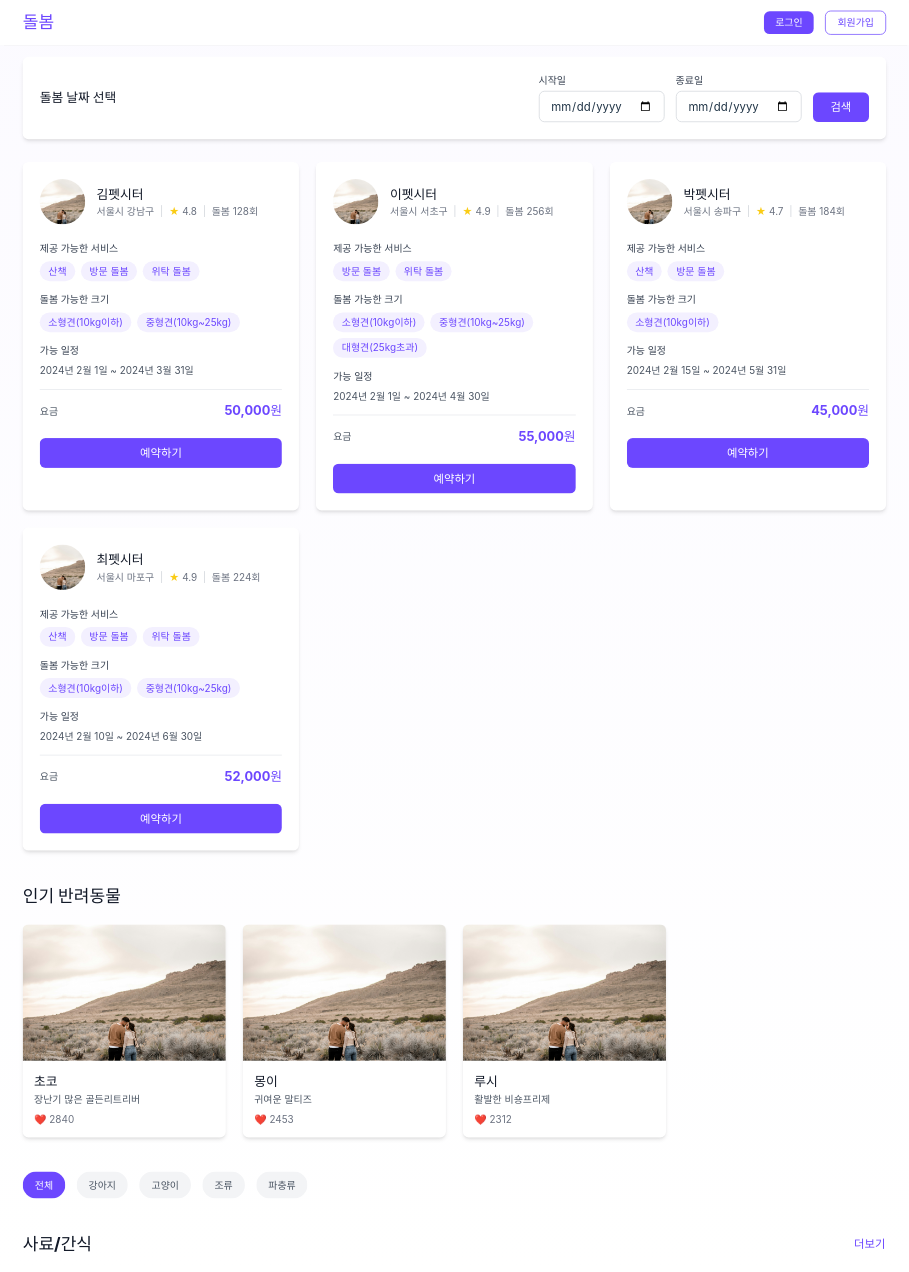
Repository: kksshh0612/pet-care-client
Page: /service
These files come from the project's save history. The page is drawn as it stood at one moment and after the next save; the edit follows.
The browser window is 1280 px wide. The pictures show the whole page, at 71% of full size.
The page's requests for data from a server got no answer. The project was rebuilt for these pictures with package versions that can differ from the ones it lists, and the page was loaded fresh each time. No one was signed in, and anything a server would have sent is missing. Also part of the build but not shown: vite.config.js, src/components/MainPage.vue, src/components/MemberLogin.vue, src/components/SignUp.vue, src/components/modals/ChangePasswordModal.vue, src/components/modals/EditProfileModal.vue, src/components/modals/WithdrawModal.vue, src/components/modals/PetSitterRegisterModal.vue and 5 more.

Above is the page before, as saved 2025-02-17 09:29:31.

### index.html
<!doctype html>
<html lang="en">
  <head>
    <meta charset="UTF-8" />
    <link rel="icon" type="image/svg+xml" href="/vite.svg" />
    <link rel="preconnect" href="https://fonts.googleapis.com">
    <link rel="preconnect" href="https://fonts.gstatic.com" crossorigin>
    <link href="https://fonts.googleapis.com/css2?family=Noto+Sans+KR:wght@100;300;400;500;700;900&display=swap" rel="stylesheet">
    <meta name="viewport" content="width=device-width, initial-scale=1.0" />
    <title>Pet Care App</title>
  </head>
  <body>
    <div id="app"></div>
    <script type="module" src="/src/main.js"></script>
  </body>
</html>

<!-- jQuery -->
<script type="text/javascript" src="https://code.jquery.com/jquery-1.12.4.min.js" ></script>
<!-- iamport.payment.js -->
<script type="text/javascript" src="https://cdn.iamport.kr/js/iamport.payment-1.1.8.js"></script>

### src/App.vue
<script>
import Header from './components/common/Header.vue'
import { mapState, mapActions } from 'vuex'

export default {
  name: 'App',
  components: {
    Header
  },
  computed: {
    ...mapState(['isLoggedIn']),
    isAuthPage() {
      return ['/login', '/signup'].includes(this.$route.path)
    }
  },
  methods: {
    ...mapActions(['checkLoginStatus']),
    handleLoginSuccess(userData) {
      this.$store.commit('setLoginStatus', true)
      this.$store.commit('setUserInfo', userData)
    }
  },
  async created() {
    await this.checkLoginStatus()
  }
}
</script>

<template>
  <div>
    <Header ref="header" v-if="!isAuthPage" />
    <router-view @login-success="handleLoginSuccess" />
  </div>
</template>

<style scoped>
.logo {
  height: 6em;
  padding: 1.5em;
  will-change: filter;
  transition: filter 300ms;
}
.logo:hover {
  filter: drop-shadow(0 0 2em #646cffaa);
}
.logo.vue:hover {
  filter: drop-shadow(0 0 2em #42b883aa);
}
</style>

### src/style.css
:root {
  font-family: Inter, system-ui, Avenir, Helvetica, Arial, sans-serif;
  line-height: 1.5;
  font-weight: 400;

  color-scheme: light dark;
  color: rgba(255, 255, 255, 0.87);
  background-color: #242424;

  font-synthesis: none;
  text-rendering: optimizeLegibility;
  -webkit-font-smoothing: antialiased;
  -moz-osx-font-smoothing: grayscale;
}

a {
  font-weight: 500;
  color: #646cff;
  text-decoration: inherit;
}
a:hover {
  color: #535bf2;
}

body {
  margin: 0;
  min-width: 320px;
  min-height: 100vh;
  background-color: #ffffff;
  color: #213547;
}

h1 {
  font-size: 3.2em;
  line-height: 1.1;
}

button {
  border-radius: 8px;
  border: 1px solid transparent;
  padding: 0.6em 1.2em;
  font-size: 1em;
  font-weight: 500;
  font-family: inherit;
  background-color: #1a1a1a;
  cursor: pointer;
  transition: border-color 0.25s;
}
button:hover {
  border-color: #646cff;
}
button:focus,
button:focus-visible {
  outline: 4px auto -webkit-focus-ring-color;
}

.card {
  padding: 2em;
}

#app {
  width: 100%;
  margin: 0 auto;
}

@media (prefers-color-scheme: light) {
  :root {
    color: #213547;
    background-color: #ffffff;
  }
  a:hover {
    color: #747bff;
  }
  button {
    background-color: #f9f9f9;
  }
}

@tailwind base;
@tailwind components;
@tailwind utilities;

@layer base {
  html {
    font-family: 'Noto Sans KR', sans-serif;
  }
}

### src/components/ServicePage.vue
<template>
  <div class="min-h-screen bg-gradient-to-b from-[#F3F0FF]/30 to-white pt-20">
    <div class="max-w-7xl mx-auto px-4 sm:px-6 lg:px-8">
      <!-- 날짜 필터 섹션 -->
      <div class="bg-white rounded-lg shadow-md p-6 mb-8">
        <div class="flex items-center justify-between">
          <h2 class="text-lg font-bold text-gray-900">돌봄 날짜 선택</h2>
          <div class="flex gap-4">
            <div class="relative">
              <label class="block text-sm text-gray-700 mb-1">시작일</label>
              <input
                type="date"
                v-model="startDate"
                class="px-4 py-2 border border-gray-300 rounded-lg focus:outline-none focus:ring-2 focus:ring-[#6C47FF]"
                :min="today"
              >
            </div>
            <div class="relative">
              <label class="block text-sm text-gray-700 mb-1">종료일</label>
              <input
                type="date"
                v-model="endDate"
                class="px-4 py-2 border border-gray-300 rounded-lg focus:outline-none focus:ring-2 focus:ring-[#6C47FF]"
                :min="startDate"
              >
            </div>
            <button
              @click="filterServices"
              class="self-end px-6 py-2 bg-[#6C47FF] text-white rounded-lg hover:bg-[#5835FF] transition-colors"
            >
              검색
            </button>
          </div>
        </div>
      </div>

      <!-- 펫시터 서비스 목록 -->
      <div class="grid grid-cols-1 md:grid-cols-2 lg:grid-cols-3 gap-6 mb-12">
        <div v-for="service in filteredServices" :key="service.id" class="bg-white rounded-lg shadow-md overflow-hidden">
          <div class="p-6 space-y-6">
            <!-- 펫시터 프로필 -->
            <div class="flex items-center gap-4">
              <img
                :src="service.profileImage"
                alt="펫시터 프로필"
                class="w-16 h-16 rounded-full object-cover"
              >
              <div>
                <h3 class="text-lg font-bold text-gray-900">{{ service.name }}</h3>
                <div class="flex items-center gap-2 text-sm text-gray-500">
                  <span>{{ service.location }}</span>
                  <span class="text-gray-300">|</span>
                  <div class="flex items-center">
                    <span class="text-yellow-400">★</span>
                    <span class="ml-1">{{ service.rating.toFixed(1) }}</span>
                  </div>
                  <span class="text-gray-300">|</span>
                  <span>돌봄 {{ service.totalCare }}회</span>
                </div>
              </div>
            </div>

            <!-- 서비스 정보 -->
            <div class="space-y-4">
              <!-- 제공 가능한 서비스 -->
              <div>
                <h4 class="text-sm font-medium text-gray-700 mb-2">제공 가능한 서비스</h4>
                <div class="flex flex-wrap gap-2">
                  <span
                    v-for="type in service.serviceTypes"
                    :key="type"
                    class="px-3 py-1 bg-[#F3F0FF] text-[#6C47FF] rounded-full text-sm"
                  >
                    {{ type }}
                  </span>
                </div>
              </div>

              <!-- 돌봄 가능한 크기 -->
              <div>
                <h4 class="text-sm font-medium text-gray-700 mb-2">돌봄 가능한 크기</h4>
                <div class="flex flex-wrap gap-2">
                  <span
                    v-for="size in service.petSizes"
                    :key="size"
                    class="px-3 py-1 bg-[#F3F0FF] text-[#6C47FF] rounded-full text-sm"
                  >
                    {{ getPetSizeLabel(size) }}
                  </span>
                </div>
              </div>

              <!-- 가능 일정 -->
              <div>
                <h4 class="text-sm font-medium text-gray-700 mb-2">가능 일정</h4>
                <p class="text-sm text-gray-600">
                  {{ formatDate(service.availableFrom) }} ~ {{ formatDate(service.availableTo) }}
                </p>
              </div>

              <!-- 요금 정보 -->
              <div class="pt-4 border-t">
                <div class="flex justify-between items-center">
                  <span class="text-sm text-gray-600">요금</span>
                  <span class="text-lg font-bold text-[#6C47FF]">
                    {{ formatPrice(service.price) }}원
                  </span>
                </div>
              </div>
            </div>

            <!-- 예약하기 버튼 -->
            <button
              @click="bookService(service)"
              class="w-full px-4 py-2 bg-[#6C47FF] text-white rounded-lg hover:bg-[#5835FF] transition-colors"
            >
              예약하기
            </button>
          </div>
        </div>
      </div>

      <!-- 기존 인기 반려동물 섹션 -->
      <h2 class="text-2xl font-bold text-gray-900 mb-6">인기 반려동물</h2>
      <div class="grid grid-cols-1 md:grid-cols-2 lg:grid-cols-4 gap-6 mb-12">
        <div v-for="pet in popularPets" :key="pet.id" class="bg-white rounded-lg shadow-md overflow-hidden">
          <img :src="pet.image" :alt="pet.name" class="w-full h-48 object-cover">
          <div class="p-4">
            <h3 class="text-lg font-bold text-gray-900">{{ pet.name }}</h3>
            <p class="text-sm text-gray-600">{{ pet.description }}</p>
            <div class="mt-2 flex items-center text-sm text-gray-500">
              <span>❤️ {{ pet.likes }}</span>
            </div>
          </div>
        </div>
      </div>

      <!-- 기존 카테고리 섹션 -->
      <div class="space-y-12">
        <!-- 카테고리 필터 -->
        <div class="flex flex-wrap gap-4">
          <button
            @click="togglePetType('all')"
            :class="[
              'px-4 py-2 rounded-full text-sm font-medium transition-colors',
              selectedPetTypes.includes('all')
                ? 'bg-[#6C47FF] text-white'
                : 'bg-gray-100 text-gray-600 hover:bg-gray-200'
            ]"
          >
            전체
          </button>
          <button
            v-for="type in petTypes"
            :key="type.value"
            @click="togglePetType(type.value)"
            :class="[
              'px-4 py-2 rounded-full text-sm font-medium transition-colors',
              selectedPetTypes.includes(type.value)
                ? 'bg-[#6C47FF] text-white'
                : 'bg-gray-100 text-gray-600 hover:bg-gray-200'
            ]"
          >
            {{ type.label }}
          </button>
        </div>

        <!-- 카테고리별 상품 -->
        <div v-for="category in categories" :key="category.id" class="space-y-6">
          <div class="flex justify-between items-center">
            <h2 class="text-2xl font-bold text-gray-900">{{ category.name }}</h2>
            <button
              @click="viewMoreProducts(category.id)"
              class="text-[#6C47FF] hover:text-[#5835FF] font-medium"
            >
              더보기
            </button>
          </div>

          <div class="grid grid-cols-2 md:grid-cols-3 lg:grid-cols-4 gap-6">
            <div
              v-for="product in category.products"
              :key="product.id"
              class="bg-white rounded-lg shadow-md overflow-hidden"
            >
              <img :src="product.image" :alt="product.name" class="w-full h-48 object-cover">
              <div class="p-4">
                <h3 class="text-lg font-bold text-gray-900">{{ product.name }}</h3>
                <p class="text-sm text-gray-600">{{ product.description }}</p>
                <p class="mt-2 text-lg font-bold text-[#6C47FF]">{{ formatPrice(product.price) }}원</p>
              </div>
            </div>
          </div>
        </div>
      </div>
    </div>
  </div>
</template>

<script>
export default {
  name: 'ServicePage',
  data() {
    return {
      startDate: '',
      endDate: '',
      services: [
        {
          id: 1,
          name: '김펫시터',
          profileImage: '/src/assets/test_image.jpg',
          location: '서울시 강남구',
          serviceTypes: ['산책', '방문 돌봄', '위탁 돌봄'],
          petSizes: ['small', 'medium'],
          price: 50000,
          availableFrom: '2024-02-01',
          availableTo: '2024-03-31',
          rating: 4.8,
          totalCare: 128
        },
        {
          id: 2,
          name: '이펫시터',
          profileImage: '/src/assets/test_image.jpg',
          location: '서울시 서초구',
          serviceTypes: ['방문 돌봄', '위탁 돌봄'],
          petSizes: ['small', 'medium', 'large'],
          price: 55000,
          availableFrom: '2024-02-01',
          availableTo: '2024-04-30',
          rating: 4.9,
          totalCare: 256
        },
        {
          id: 3,
          name: '박펫시터',
          profileImage: '/src/assets/test_image.jpg',
          location: '서울시 송파구',
          serviceTypes: ['산책', '방문 돌봄'],
          petSizes: ['small'],
          price: 45000,
          availableFrom: '2024-02-15',
          availableTo: '2024-05-31',
          rating: 4.7,
          totalCare: 184
        },
        {
          id: 4,
          name: '최펫시터',
          profileImage: '/src/assets/test_image.jpg',
          location: '서울시 마포구',
          serviceTypes: ['산책', '방문 돌봄', '위탁 돌봄'],
          petSizes: ['small', 'medium'],
          price: 52000,
          availableFrom: '2024-02-10',
          availableTo: '2024-06-30',
          rating: 4.9,
          totalCare: 224
        }
      ],
      popularPets: [
        {
          id: 1,
          name: '초코',
          image: '/src/assets/test_image.jpg',
          description: '장난기 많은 골든리트리버',
          likes: 2840
        },
        {
          id: 2,
          name: '몽이',
          image: '/src/assets/test_image.jpg',
          description: '귀여운 말티즈',
          likes: 2453
        },
        {
          id: 3,
          name: '루시',
          image: '/src/assets/test_image.jpg',
          description: '활발한 비숑프리제',
          likes: 2312
        }
      ],
      selectedPetTypes: ['all'],
      petTypes: [
        { value: 'dog', label: '강아지' },
        { value: 'cat', label: '고양이' },
        { value: 'bird', label: '조류' },
        { value: 'reptile', label: '파충류' }
      ],
      categories: [
        {
          id: 'food',
          name: '사료/간식',
          products: [
            // ... 기존 제품 데이터
          ]
        },
        // ... 다른 카테고리들
      ]
    }
  },
  computed: {
    today() {
      return new Date().toISOString().split('T')[0]
    },
    filteredServices() {
      if (!this.startDate || !this.endDate) return this.services

      return this.services.filter(service => {
        const serviceFrom = new Date(service.availableFrom)
        const serviceTo = new Date(service.availableTo)
        const filterFrom = new Date(this.startDate)
        const filterTo = new Date(this.endDate)

        return serviceFrom <= filterTo && serviceTo >= filterFrom
      })
    }
  },
  methods: {
    filterServices() {
      console.log('필터링된 서비스:', this.filteredServices)
    },
    formatDate(date) {
      return new Date(date).toLocaleDateString('ko-KR', {
        year: 'numeric',
        month: 'long',
        day: 'numeric'
      })
    },
    formatPrice(price) {
      return price.toLocaleString()
    },
    getPetSizeLabel(size) {
      const labels = {
        small: '소형견(10kg이하)',
        medium: '중형견(10kg~25kg)',
        large: '대형견(25kg초과)'
      }
      return labels[size] || size
    },
    bookService(service) {
      console.log('서비스 예약:', service)
      alert('예약 기능은 준비 중입니다.')
    },
    togglePetType(type) {
      if (type === 'all') {
        this.selectedPetTypes = ['all']
      } else {
        this.selectedPetTypes = this.selectedPetTypes.filter(t => t !== 'all')
        const index = this.selectedPetTypes.indexOf(type)
        if (index === -1) {
          this.selectedPetTypes.push(type)
        } else {
          this.selectedPetTypes.splice(index, 1)
        }
        if (this.selectedPetTypes.length === 0) {
          this.selectedPetTypes = ['all']
        }
      }
    },
    viewMoreProducts(categoryId) {
      console.log(`${categoryId} 카테고리 더보기 클릭`)
    }
  }
}
</script>

Loaded but not shown: src/main.js (70 lines, source omitted); src/router/index.js (80 lines, source omitted); src/store/index.js (48 lines, source omitted); tailwind.config.js (15 lines, source omitted); src/components/common/Header.vue (120 lines, source omitted)

After the next save:
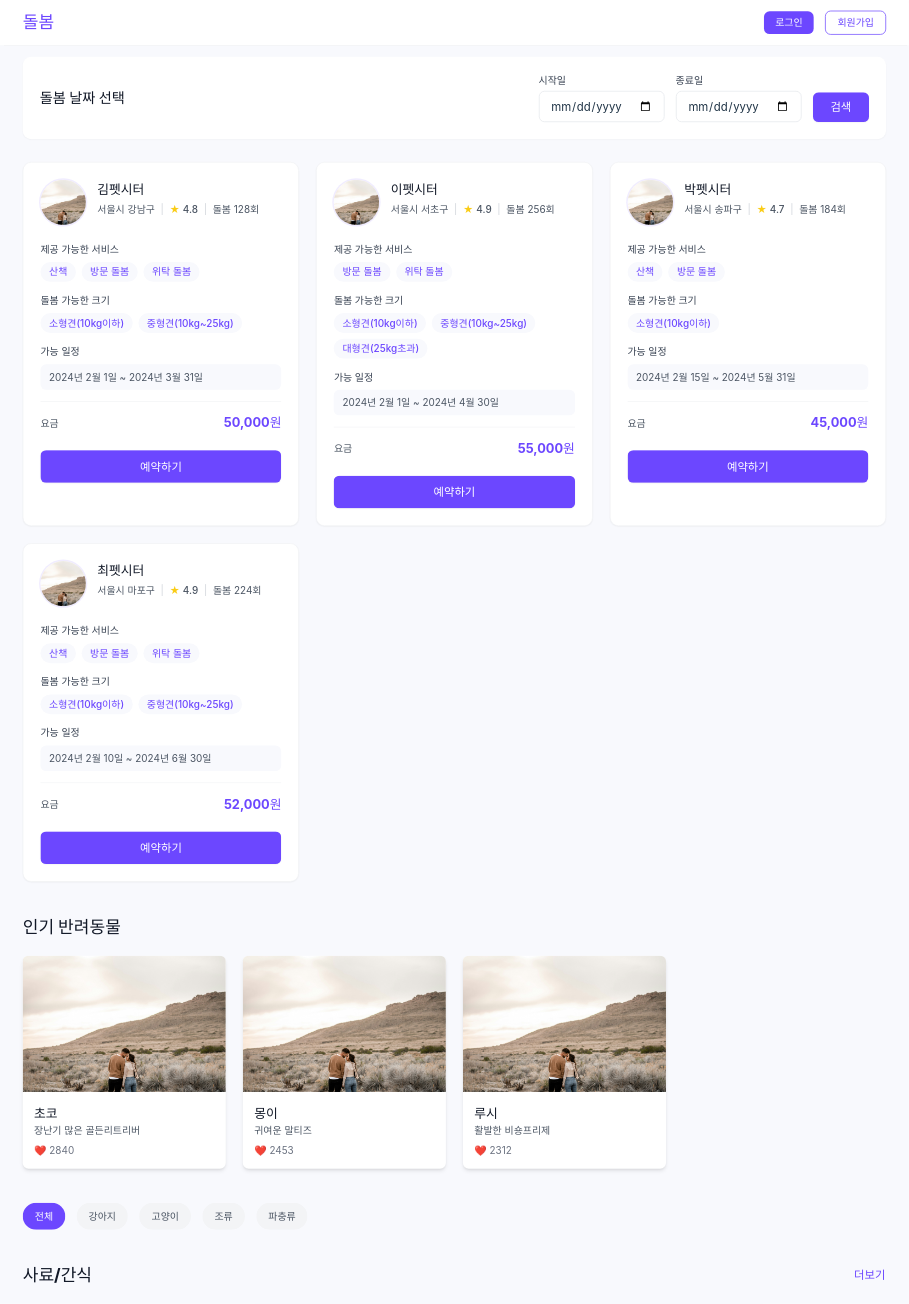
Saved 78 s later.
--- a/src/components/ServicePage.vue
+++ b/src/components/ServicePage.vue
@@ -1,32 +1,32 @@
 <template>
-  <div class="min-h-screen bg-gradient-to-b from-[#F3F0FF]/30 to-white pt-20">
+  <div class="min-h-screen bg-[#F8F9FD] pt-20">
     <div class="max-w-7xl mx-auto px-4 sm:px-6 lg:px-8">
       <!-- 날짜 필터 섹션 -->
-      <div class="bg-white rounded-lg shadow-md p-6 mb-8">
-        <div class="flex items-center justify-between">
-          <h2 class="text-lg font-bold text-gray-900">돌봄 날짜 선택</h2>
+      <div class="bg-white rounded-xl shadow-sm p-6 mb-8">
+        <div class="flex items-center justify-between flex-wrap gap-4">
+          <h2 class="text-xl font-bold text-gray-900">돌봄 날짜 선택</h2>
           <div class="flex gap-4">
             <div class="relative">
-              <label class="block text-sm text-gray-700 mb-1">시작일</label>
+              <label class="block text-sm font-medium text-gray-700 mb-1">시작일</label>
               <input
                 type="date"
                 v-model="startDate"
-                class="px-4 py-2 border border-gray-300 rounded-lg focus:outline-none focus:ring-2 focus:ring-[#6C47FF]"
+                class="px-4 py-2 border border-gray-200 rounded-lg focus:outline-none focus:ring-2 focus:ring-[#6C47FF]/20 focus:border-[#6C47FF]"
                 :min="today"
               >
             </div>
             <div class="relative">
-              <label class="block text-sm text-gray-700 mb-1">종료일</label>
+              <label class="block text-sm font-medium text-gray-700 mb-1">종료일</label>
               <input
                 type="date"
                 v-model="endDate"
-                class="px-4 py-2 border border-gray-300 rounded-lg focus:outline-none focus:ring-2 focus:ring-[#6C47FF]"
+                class="px-4 py-2 border border-gray-200 rounded-lg focus:outline-none focus:ring-2 focus:ring-[#6C47FF]/20 focus:border-[#6C47FF]"
                 :min="startDate"
               >
             </div>
             <button
               @click="filterServices"
-              class="self-end px-6 py-2 bg-[#6C47FF] text-white rounded-lg hover:bg-[#5835FF] transition-colors"
+              class="self-end px-6 py-2 bg-[#6C47FF] text-white rounded-lg hover:bg-[#5835FF] transition-colors shadow-sm hover:shadow-md"
             >
               검색
             </button>
@@ -36,26 +36,27 @@
 
       <!-- 펫시터 서비스 목록 -->
       <div class="grid grid-cols-1 md:grid-cols-2 lg:grid-cols-3 gap-6 mb-12">
-        <div v-for="service in filteredServices" :key="service.id" class="bg-white rounded-lg shadow-md overflow-hidden">
+        <div v-for="service in filteredServices" :key="service.id"
+             class="bg-white rounded-xl shadow-sm hover:shadow-md transition-shadow overflow-hidden border border-gray-100">
           <div class="p-6 space-y-6">
             <!-- 펫시터 프로필 -->
-            <div class="flex items-center gap-4">
+            <div class="flex items-start gap-4">
               <img
                 :src="service.profileImage"
                 alt="펫시터 프로필"
-                class="w-16 h-16 rounded-full object-cover"
+                class="w-16 h-16 rounded-full object-cover ring-2 ring-[#6C47FF]/10"
               >
-              <div>
-                <h3 class="text-lg font-bold text-gray-900">{{ service.name }}</h3>
-                <div class="flex items-center gap-2 text-sm text-gray-500">
-                  <span>{{ service.location }}</span>
+              <div class="flex-1 min-w-0">
+                <h3 class="text-lg font-bold text-gray-900 mb-1">{{ service.name }}</h3>
+                <div class="flex items-center gap-2 text-sm text-gray-600">
+                  <span class="truncate">{{ service.location }}</span>
                   <span class="text-gray-300">|</span>
-                  <div class="flex items-center">
+                  <div class="flex items-center shrink-0">
                     <span class="text-yellow-400">★</span>
-                    <span class="ml-1">{{ service.rating.toFixed(1) }}</span>
+                    <span class="ml-1 font-medium">{{ service.rating.toFixed(1) }}</span>
                   </div>
                   <span class="text-gray-300">|</span>
-                  <span>돌봄 {{ service.totalCare }}회</span>
+                  <span class="shrink-0">돌봄 {{ service.totalCare }}회</span>
                 </div>
               </div>
             </div>
@@ -69,7 +70,7 @@
                   <span
                     v-for="type in service.serviceTypes"
                     :key="type"
-                    class="px-3 py-1 bg-[#F3F0FF] text-[#6C47FF] rounded-full text-sm"
+                    class="px-3 py-1 bg-[#F8F9FD] text-[#6C47FF] rounded-full text-sm font-medium"
                   >
                     {{ type }}
                   </span>
@@ -83,7 +84,7 @@
                   <span
                     v-for="size in service.petSizes"
                     :key="size"
-                    class="px-3 py-1 bg-[#F3F0FF] text-[#6C47FF] rounded-full text-sm"
+                    class="px-3 py-1 bg-[#F8F9FD] text-[#6C47FF] rounded-full text-sm font-medium"
                   >
                     {{ getPetSizeLabel(size) }}
                   </span>
@@ -93,15 +94,15 @@
               <!-- 가능 일정 -->
               <div>
                 <h4 class="text-sm font-medium text-gray-700 mb-2">가능 일정</h4>
-                <p class="text-sm text-gray-600">
+                <p class="text-sm text-gray-600 bg-[#F8F9FD] px-3 py-2 rounded-lg">
                   {{ formatDate(service.availableFrom) }} ~ {{ formatDate(service.availableTo) }}
                 </p>
               </div>
 
               <!-- 요금 정보 -->
-              <div class="pt-4 border-t">
+              <div class="pt-4 border-t border-gray-100">
                 <div class="flex justify-between items-center">
-                  <span class="text-sm text-gray-600">요금</span>
+                  <span class="text-sm font-medium text-gray-600">요금</span>
                   <span class="text-lg font-bold text-[#6C47FF]">
                     {{ formatPrice(service.price) }}원
                   </span>
@@ -112,7 +113,7 @@
             <!-- 예약하기 버튼 -->
             <button
               @click="bookService(service)"
-              class="w-full px-4 py-2 bg-[#6C47FF] text-white rounded-lg hover:bg-[#5835FF] transition-colors"
+              class="w-full px-4 py-2.5 bg-[#6C47FF] text-white rounded-lg hover:bg-[#5835FF] transition-all shadow-sm hover:shadow-md font-medium"
             >
               예약하기
             </button>
